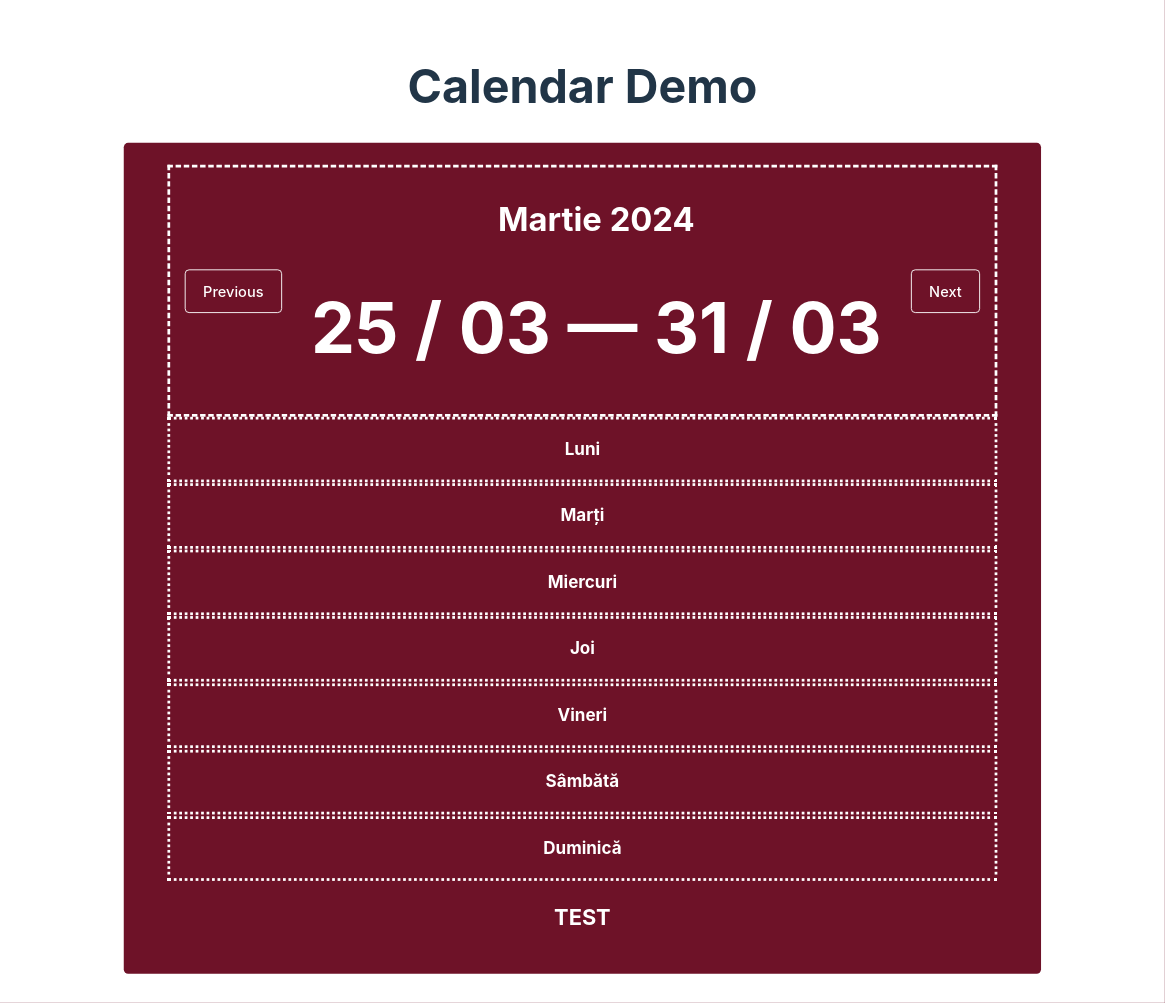
Repository: Maryie-B/weekly-calendar-scheduler
Page: /
These files come from the project's save history. The page is drawn as it stood at one moment and after the next save; the edit follows.
The browser window is 1280 px wide. The pictures show the whole page, at 91% of full size.
The project was rebuilt for these pictures with package versions that can differ from the ones it lists, and the page was loaded fresh each time. Also part of the build but not shown: vite.config.js.

Above is the page before, as saved 2024-03-26 15:10:57.

### src/App.jsx
import './App.css'
import CalendarHeader from './CalendarHeader'
import CalendarDays from './CalendarDays'

function App() {

  return (
    <>
      <h1>Calendar Demo</h1>
      <div className='calendar-wrapper'>

        <CalendarHeader />
        <CalendarDays />
      </div>
    </>
  )
}

export default App

### src/App.css
#root {
  max-width: 1280px;
  margin: 0 auto;
  padding: 2rem;
  text-align: center;
}

.calendar-wrapper {
  background-color: rgb(110, 18, 40);
  color: white;
  padding: 1.5rem 3rem;
  border-radius: 0.3rem;
}

.calendar-header {
  display: flex;
  flex-direction: row;
  border-color: white;
  border-style: dashed;
  align-items: center;
  justify-content: center;
}


.calendar-button {
  background-color: rgba(0, 0, 0, 0);
  height: 3rem;
  align-items: center;
  justify-content: center;
  border-color: white;
  border-radius: 0.3rem;
  color: white;
  font-size: 1rem;
  margin: 1rem;
}

.calendar-text {
  font-size: 1.5rem;
  padding: 0rem 1rem;
}

.calendar-days-wrapper {
  display: grid;
  gap: 0.1rem;
}

.days-header {
  border-color: white;
  border-style: dotted;
  /* border: 0.3rem; */
}

### src/CalendarHeader.jsx
import { useState, useEffect } from "react";

const CalendarHeader = () => {
  const [currentWeekStart, setCurrentWeekStart] = useState(() => {
      const now = new Date();
      const currentDay = now.getDay();
      const untilMonday = currentDay === 0 ? 6 : currentDay - 1;
      now.setDate(now.getDate() - untilMonday);
      return now;
  });

  const [currentWeekEnd, setCurrentWeekEnd] = useState(() => {
    const end = new Date(currentWeekStart);
    end.setDate(currentWeekStart.getDate() + 6);
    return end;
  });

  useEffect(() => {
    const end = new Date(currentWeekStart);
    end.setDate(currentWeekStart.getDate() + 6);
    console.log(end, '- from useEffect');
    setCurrentWeekEnd(end);
  }, [currentWeekStart]);

  const handleGoToPreviousWeek = () => {
    setCurrentWeekStart((prevDate) => {
        const newDate = new Date(prevDate);
        newDate.setDate(newDate.getDate() - 7);
        console.log(newDate, '-- from handleGoToPrevWeek');
        return newDate;
    });
  };

  const handleGoToNextWeek = () => {
    setCurrentWeekStart((prevDate) => {
        const newDate = new Date(prevDate);
        newDate.setDate(newDate.getDate() + 7);
        console.log(newDate, '-from handle NEXTdate');
        return newDate;
    });
  };

  const startMonth = currentWeekStart.getMonth();
  const endMonth = currentWeekEnd.getMonth();
  const startYear = currentWeekStart.getFullYear();
  const endYear = currentWeekEnd.getFullYear();

  const monthsNames = ['Ianuarie', 'Februarie', 'Martie', 'Aprilie',
                        'Mai', 'Iunie', 'Iulie', 'August', 'Septembrie', 'Octombrie', 'Noiembrie', 'Decembrie'];

  let calendarHeader = `${monthsNames[startMonth]} ${startYear}`;
  if (startMonth !== endMonth || startYear !== endYear) {
    calendarHeader += ` — ${monthsNames[endMonth]} ${endYear} `
  }

  let weekStartMonthNumber = currentWeekStart.getMonth() + 1;
  let weekEndMonthNumber = currentWeekEnd.getMonth() + 1;

  weekStartMonthNumber = weekStartMonthNumber < 10 ? `0${weekStartMonthNumber}` : weekStartMonthNumber;
  weekEndMonthNumber = weekEndMonthNumber < 10 ? `0${weekEndMonthNumber}` : weekEndMonthNumber;

  const datesRange = `${currentWeekStart.getDate()} / ${weekStartMonthNumber} — ${currentWeekEnd.getDate()} / ${weekEndMonthNumber}`;

  return (
    <div className="calendar-header">
        <button className='calendar-button' onClick={handleGoToPreviousWeek}>Previous</button>
        <div className="calendar-text">
        <h2>{calendarHeader}</h2>
        <h1>{datesRange}</h1>
        </div>
        <button className='calendar-button' onClick={handleGoToNextWeek}>Next</button>
    </div>
  )
}

export default CalendarHeader;

### src/CalendarDays.jsx
import { useState } from "react"

const CalendarDays = () => {
  const weekDays = ['Luni', 'Marți', 'Miercuri', 'Joi', 'Vineri', 'Sâmbătă', 'Duminică']

  return (
    <div className="calendar-days-wrapper">
      {weekDays.map((day, index) => {
        return (
        <div className="days-header" key={index}>
           <h3>{day}</h3>
        </div>
        )
      })}
      <h2>TEST</h2>
    </div>
  )
}

export default CalendarDays

Loaded but not shown: index.html (common file); src/main.jsx (common file); src/index.css (common file)

After the next save:
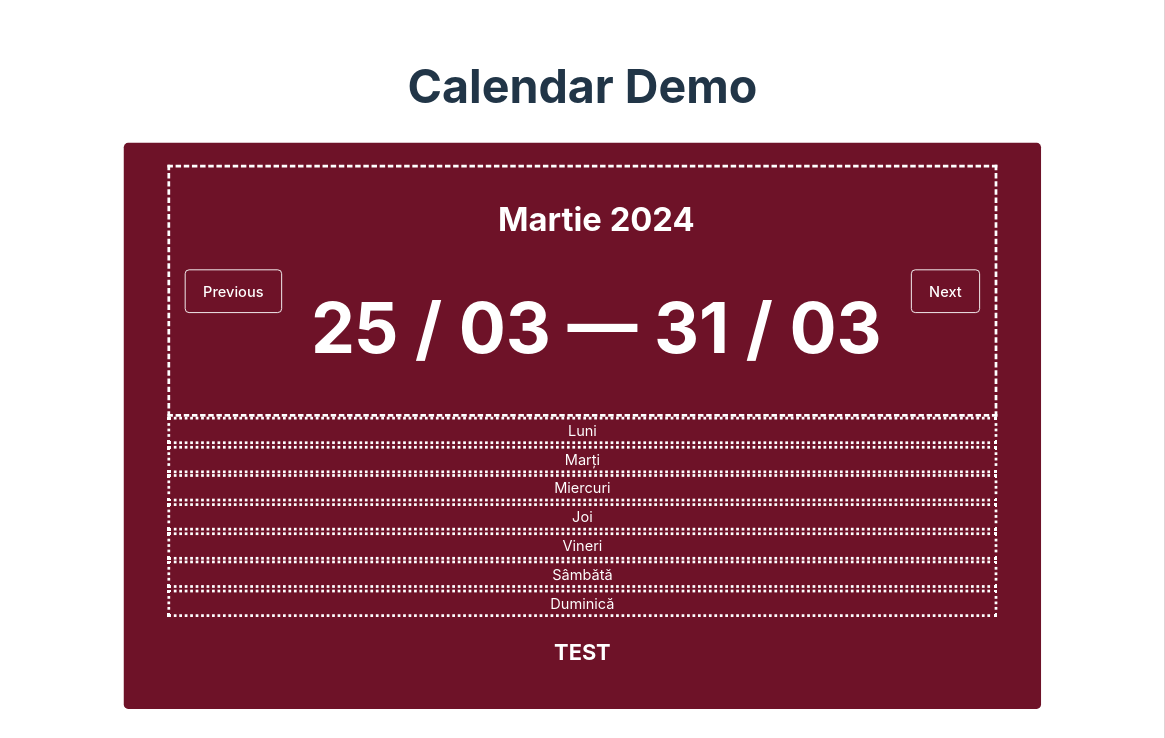
Saved 59 s later.
--- a/src/CalendarDays.jsx
+++ b/src/CalendarDays.jsx
@@ -8,7 +8,7 @@
       {weekDays.map((day, index) => {
         return (
         <div className="days-header" key={index}>
-           <h3>{day}</h3>
+           {day}
         </div>
         )
       })}

After the save that followed:
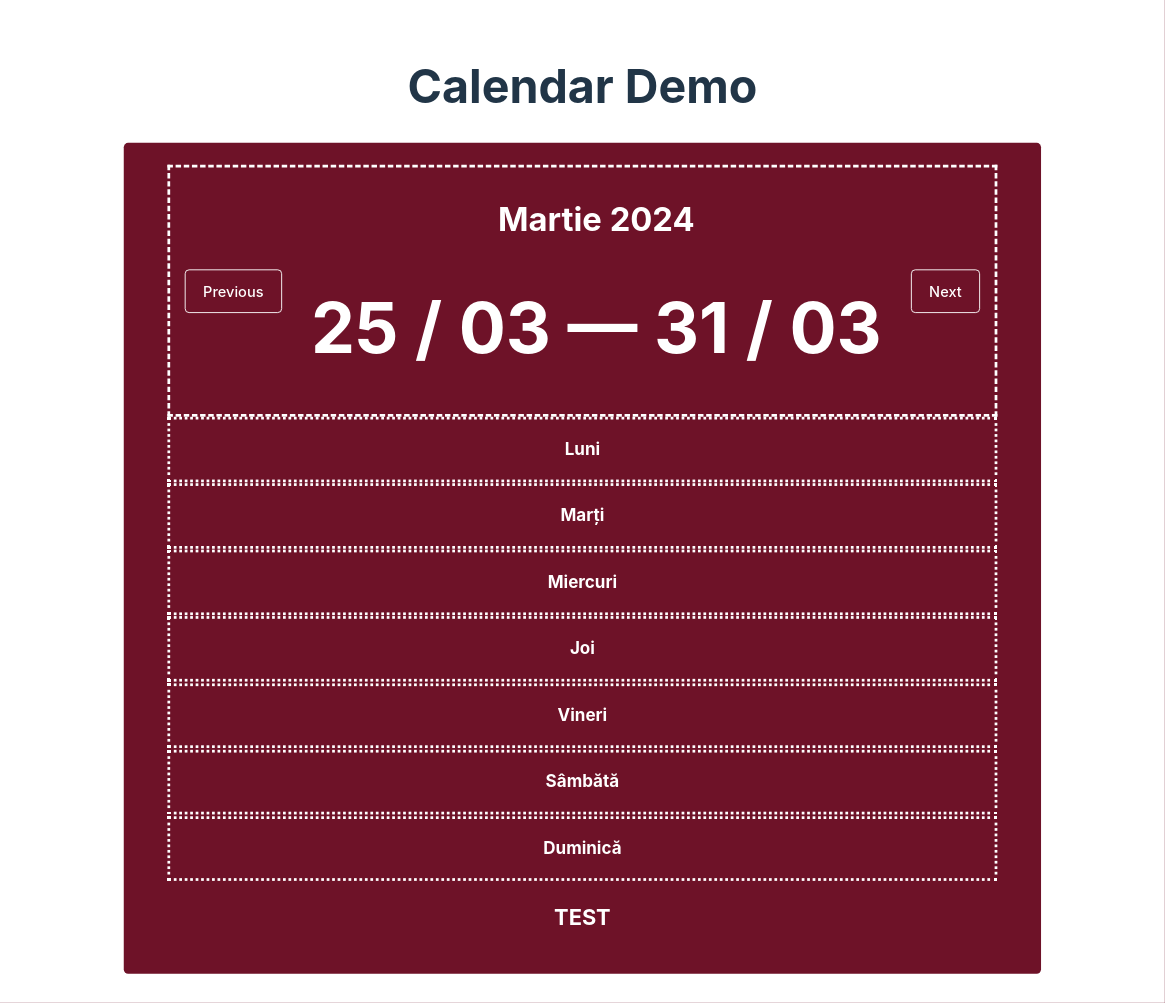
Saved 9 s later.
--- a/src/CalendarDays.jsx
+++ b/src/CalendarDays.jsx
@@ -8,7 +8,7 @@
       {weekDays.map((day, index) => {
         return (
         <div className="days-header" key={index}>
-           {day}
+           <h3>{day}</h3>
         </div>
         )
       })}
